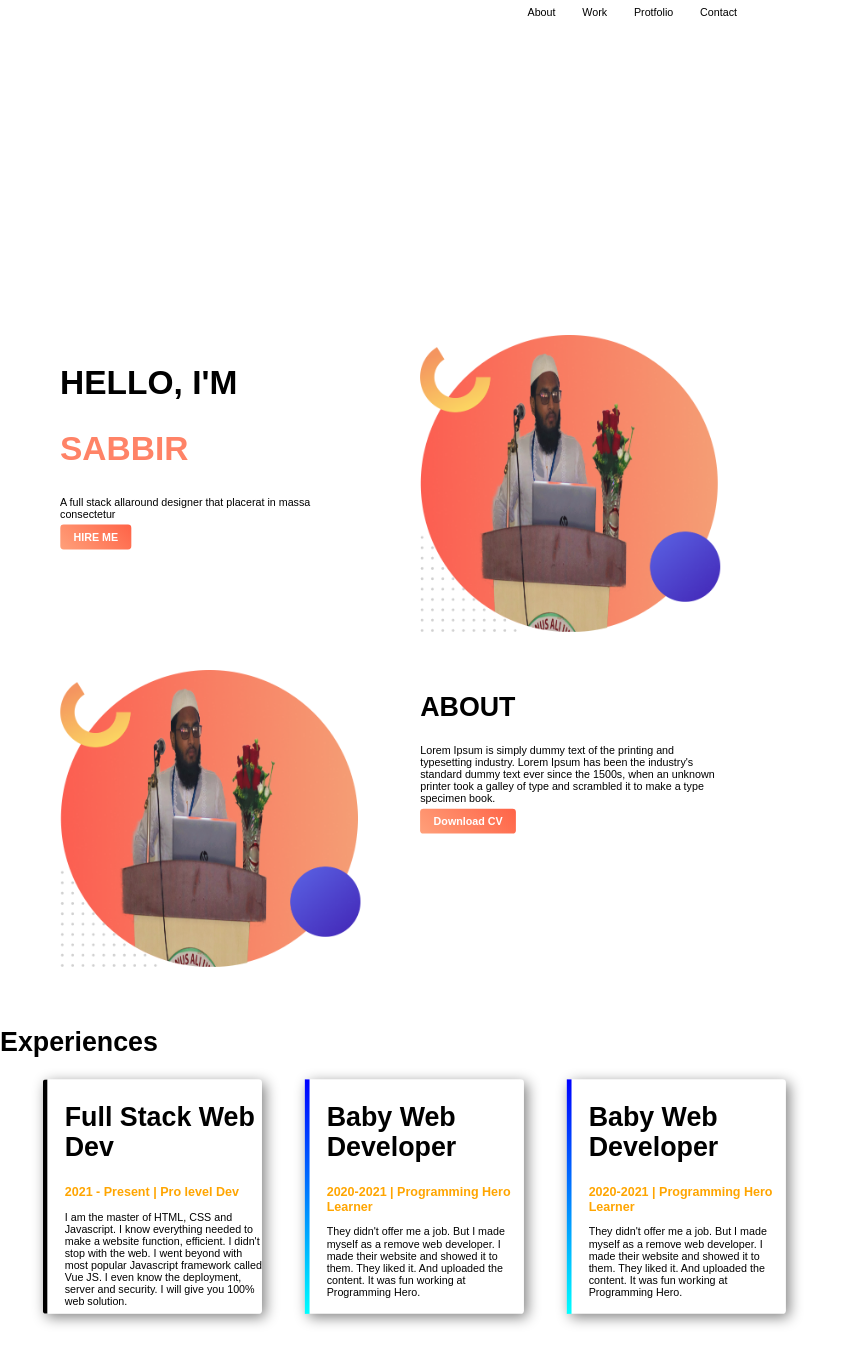
Repository: sabbircse3/personal-website
Page: index.html
An editor plug-in stored every save of this project. The page is shown before and after the next save, followed by the edit.
The browser window is 1280 px wide. The pictures show the whole page, at 67% of full size.

Above is the page before, as saved 2021-01-06 00:18:35.

After the next save:
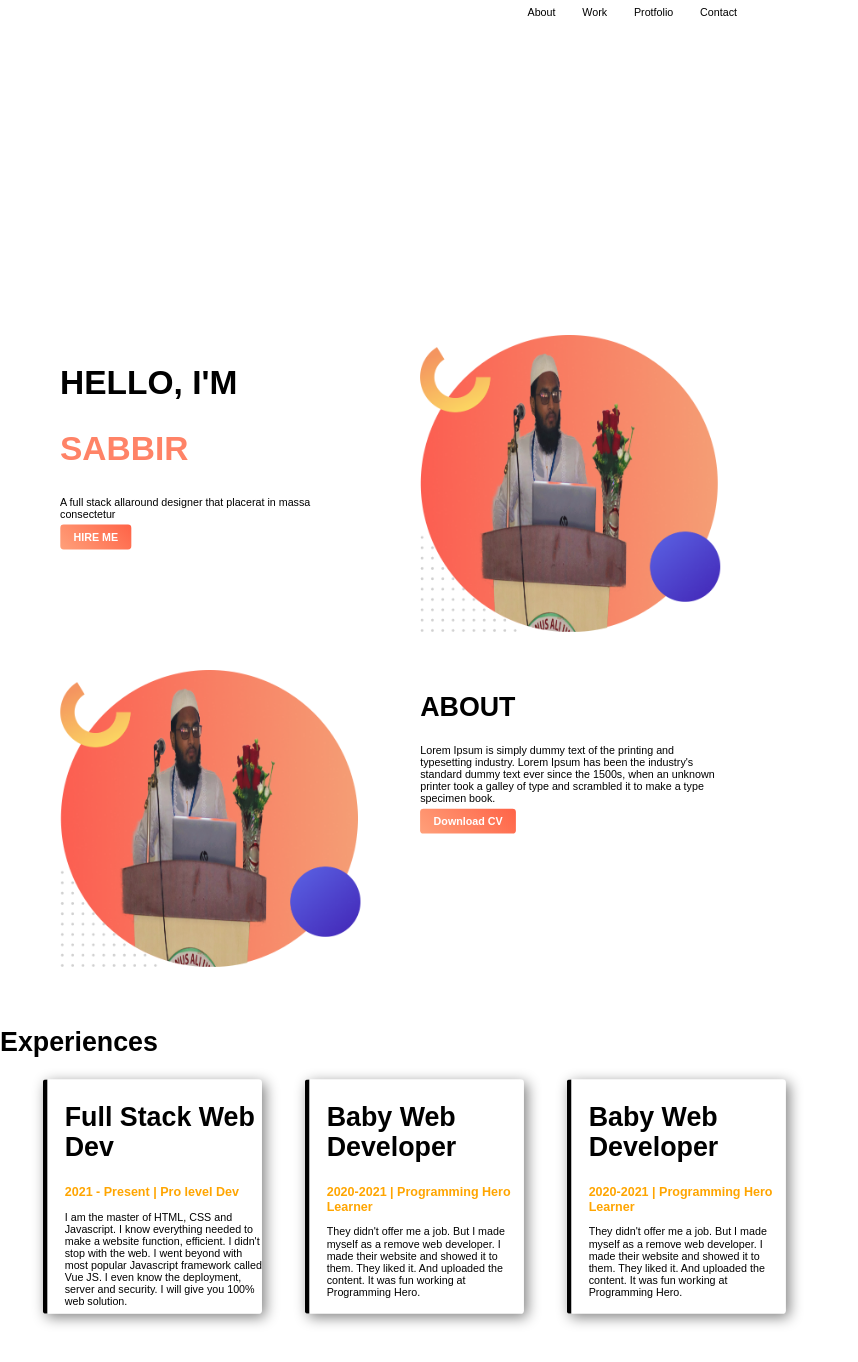
Saved 8 s later.
--- a/style.css
+++ b/style.css
@@ -70,7 +70,7 @@ section{
 }
 #baby-web{
     border-left: 7px solid;
-    border-image: linear-gradient(180deg, blue, cyan);
+
     border-image-slice: 1;
 }
 footer p{
